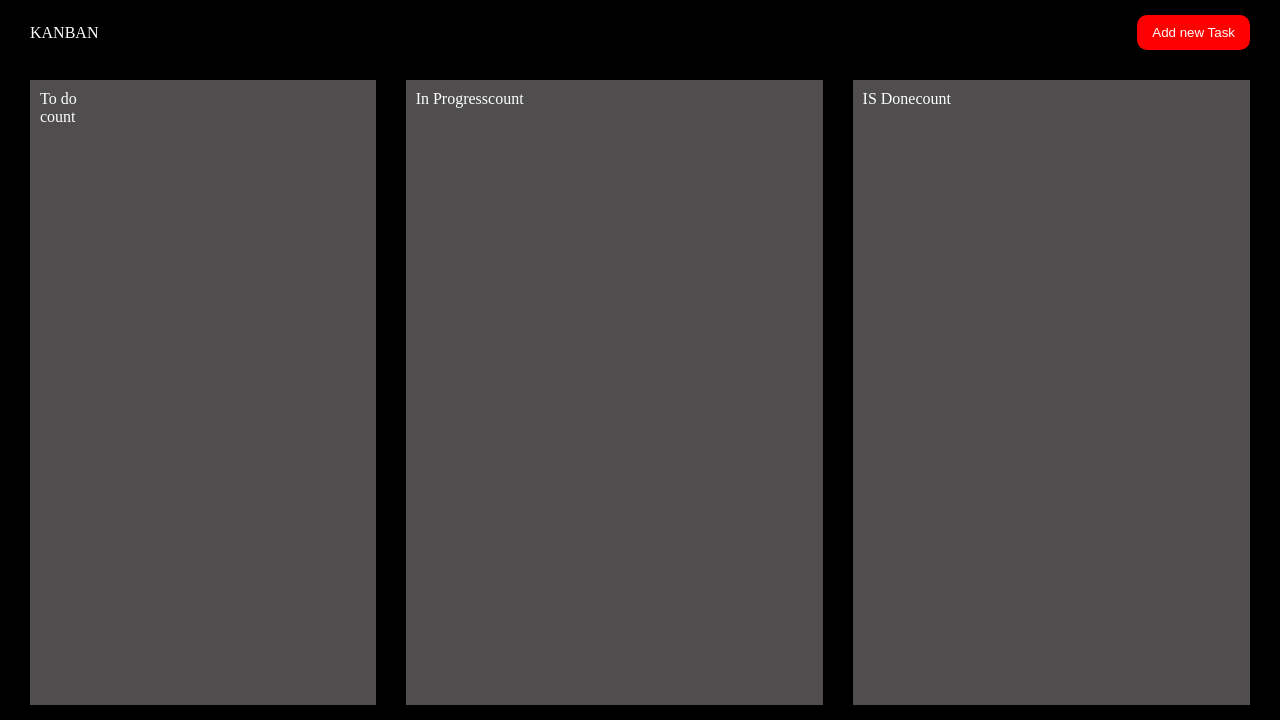
Repository: Sandeepji-5/Kanban-board
Page: index.html
These files come from the project's save history. The page is drawn as it stood at one moment and after the next save; the edit follows.
The browser window is 1280 px wide. The pictures show the whole page.

Above is the page before, as saved 2025-12-08 18:30:34.

### index.html
<!DOCTYPE html>
<html lang="en">
<head>
    <meta charset="UTF-8">
    <meta name="viewport" content="width=device-width, initial-scale=1.0">
    <title>Document</title>
    <link rel="stylesheet" href="style.css">
</head>
<body>
    <main>
        <nav>
            <div class="left">KANBAN</div>
            <div class="right"><button>Add new Task</button></div>
        </nav>
        <section class="board">
            <div class="task-column">
                <div class="hweading">
                    <div class="left">To do </div>
                    <div class="right">count</div>
                </div>
            </div>
            <div class="task-column">
                <div class="heading">
                    <div class="left">In Progress</div>
                    <div class="right">count</div>
                </div>
            </div>
            <div class="task-column">
                <div class="heading">
                    <div class="left">IS Done </div>
                    <div class="right"> count</div>
                </div>
            </div>
        </section>


    </main>
    <script src="kanban.js"></script>
</body>
</html>

### style.css
* {
    margin: 0;
    padding: 0;

    box-sizing: border-box;
}

html,
body {
    width: 100%;
    height: 100%;

}

:root {
    --bg-color: #0000000;
    --bg-button-color: rgb(79, 77, 77);
    --primary-text-color: #f4f4f4;

    /* padding 1 rem 2 rem */
    --nav-padding: 15px 30px;
    --section-padding: 15px 30px;
    --padding-s: 5px;
    --padding-m: 10px;
    --padding-l: 15px;
    --padding-xl: 20px;
    --padding-xxl: 30px;


    /* border radius variable  */



    --border-radius-s:5px;
    --border-radius-m:10px;
    --border-radius-l:15px;
    --border-radius-xl:20px;
    --border-radius-xxl:30px;


}

body {
    background-color: black;
    color: white;
}
main{
    display: flex;
    height: 100%;
    width: 100%;
    flex-direction: column;


}

nav{
    padding: var(--nav-padding);
    display: flex;
    align-items: center;
    justify-content: space-between;

}
nav button{
    background-color: red;
    color: white;
    border: none;
    outline: none;
    padding: var(  --padding-m) var(  --padding-l);
    cursor: pointer;
    border-radius:var(--border-radius-m) ;

}


section{
    padding:var(--section-padding);
    /* height: 100%; */
    display: flex;
    flex-grow: 1;
    justify-content: space-between;

    gap: var(--padding-xxl);

}
section .task-column{
    padding: var(--padding-m);
    background-color: var(--bg-button-color);
    flex-grow: 1        ;

}
section .task-column .heading{
    display: flex;
    justify-content: space ;
}

Loaded but not shown: kanban.js (no copy from this time; the picture is the same without it)

After the next save:
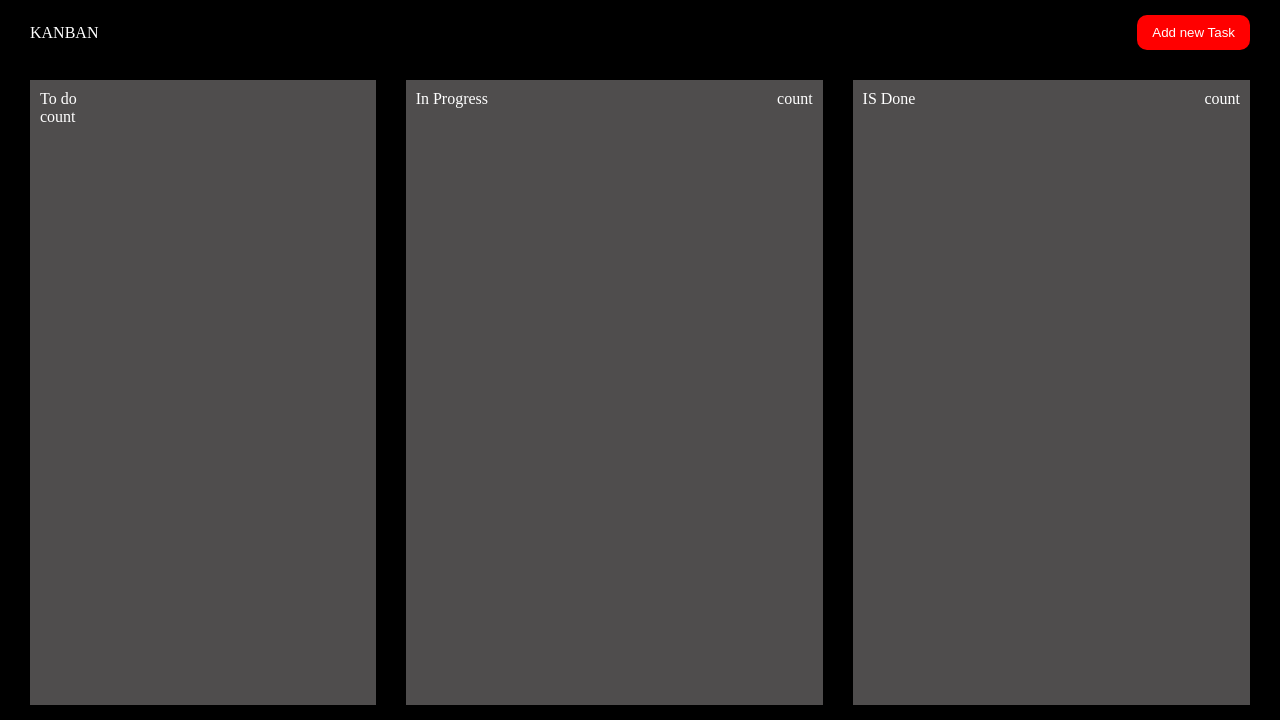
Saved 7 s later.
--- a/style.css
+++ b/style.css
@@ -90,5 +90,5 @@ section .task-column{
 }
 section .task-column .heading{
     display: flex;
-    justify-content: space ;
+    justify-content: space-between ;
 }
